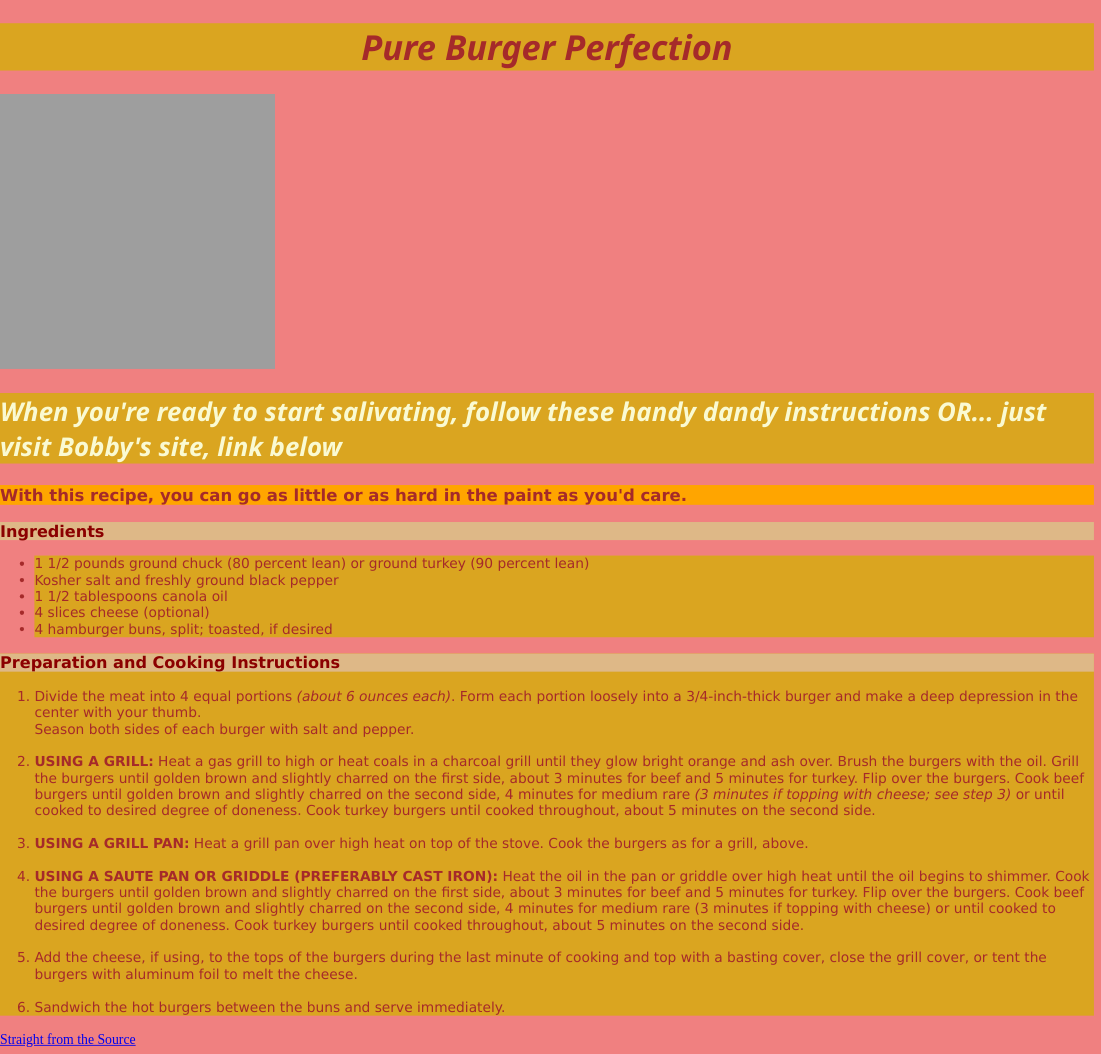
Repository: Spencertainty/practice-time
Page: member-spencer-odin-recipes/recipes/hamburgers.html
These files come from the project's save history. The page is drawn as it stood at one moment and after the next save; the edit follows.
The browser window is 1280 px wide. The pictures show the whole page, at 86% of full size.
Pictures or frames that could not be fetched are drawn as grey boxes.

Above is the page before, as saved 2024-01-10 16:21:57.

After the next save:
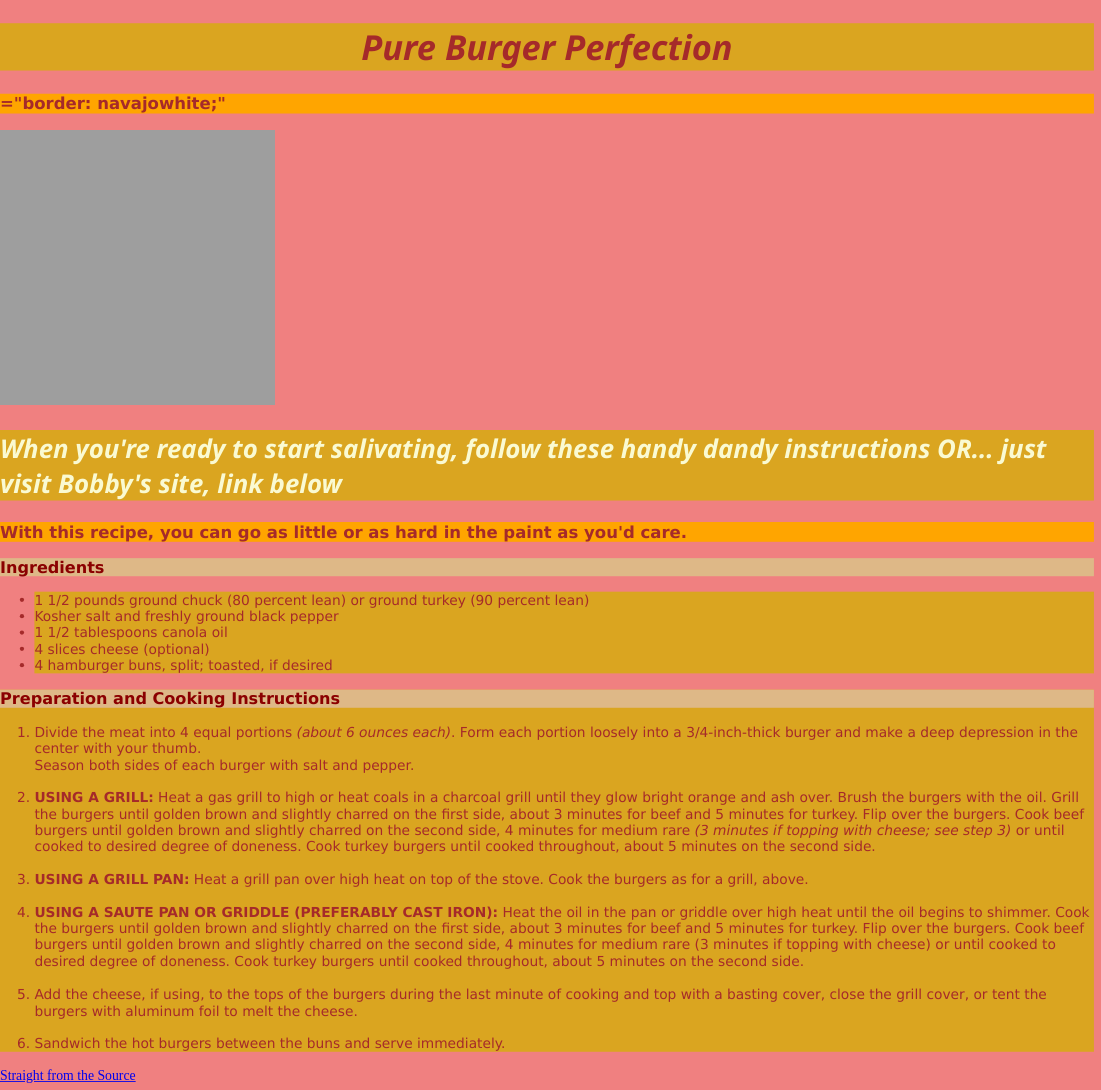
Saved 2 min 39 s later.
--- a/member-spencer-odin-recipes/recipes/hamburgers.html
+++ b/member-spencer-odin-recipes/recipes/hamburgers.html
@@ -20,7 +20,8 @@
 
 <h1><b>Pure Burger Perfection</b>
 </h1>
-
+<p style>="border: navajowhite;"
+</p>
 <img src="../links-and-images/Cheeseburger.jpg" alt="the perfect burger" height="320" width="320">
 <br>
 <h2><em>When you're ready to start salivating, follow these handy dandy instructions</em> OR... just visit Bobby's site, link below</h2>

After the 2 saves that followed:
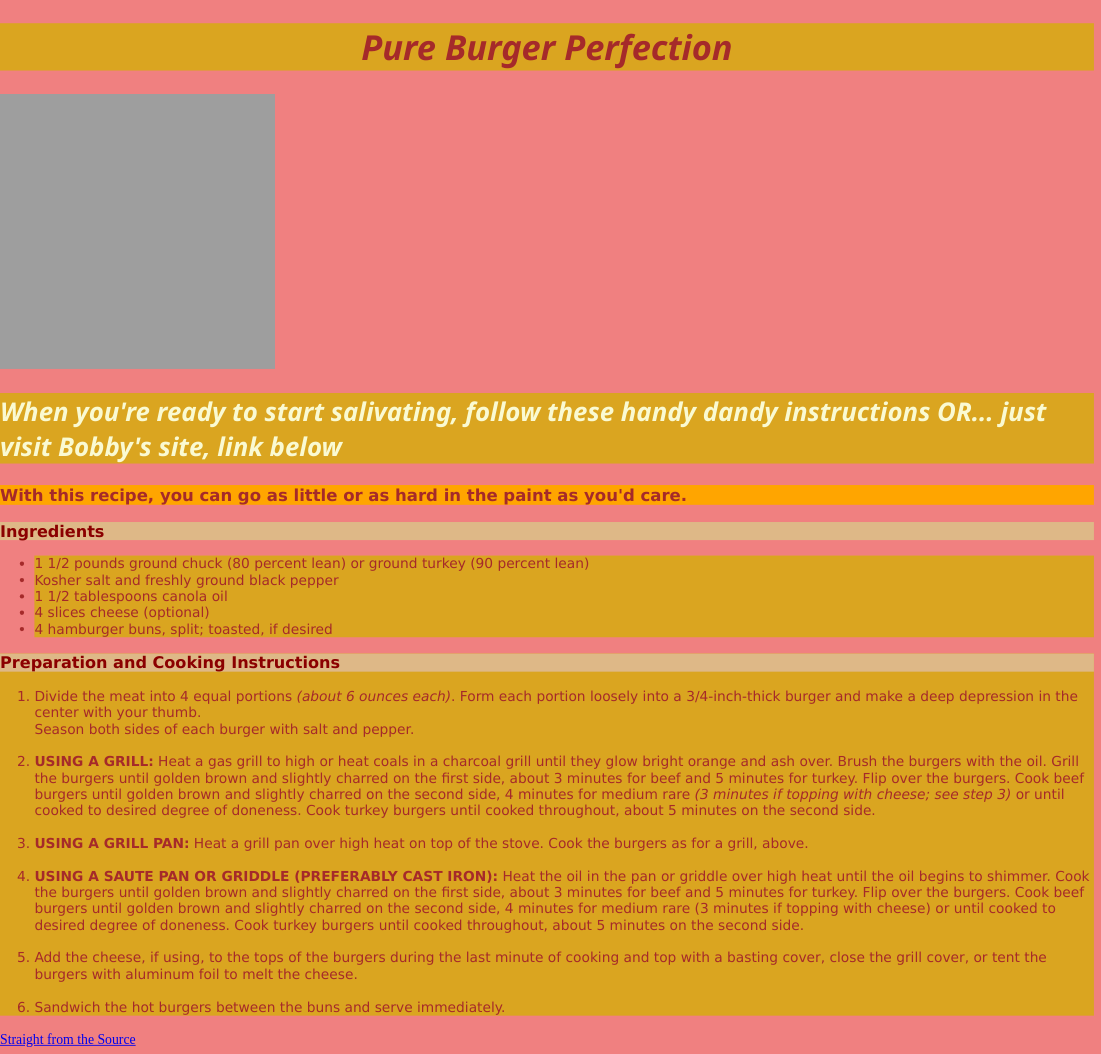
The 2 saves are shown as one change because 1 left the picture as it was.
The last was saved 2 min 16 s later.
--- a/member-spencer-odin-recipes/recipes/hamburgers.html
+++ b/member-spencer-odin-recipes/recipes/hamburgers.html
@@ -20,8 +20,7 @@
 
 <h1><b>Pure Burger Perfection</b>
 </h1>
-<p style>="border: navajowhite;"
-</p>
+
 <img src="../links-and-images/Cheeseburger.jpg" alt="the perfect burger" height="320" width="320">
 <br>
 <h2><em>When you're ready to start salivating, follow these handy dandy instructions</em> OR... just visit Bobby's site, link below</h2>
--- a/member-spencer-odin-recipes/recipes/burger.css
+++ b/member-spencer-odin-recipes/recipes/burger.css
@@ -47,6 +47,7 @@ body {
 }
 
 .box {
+    box-sizing: border-box;
     width: 350px;
     height: 350px;
 }
